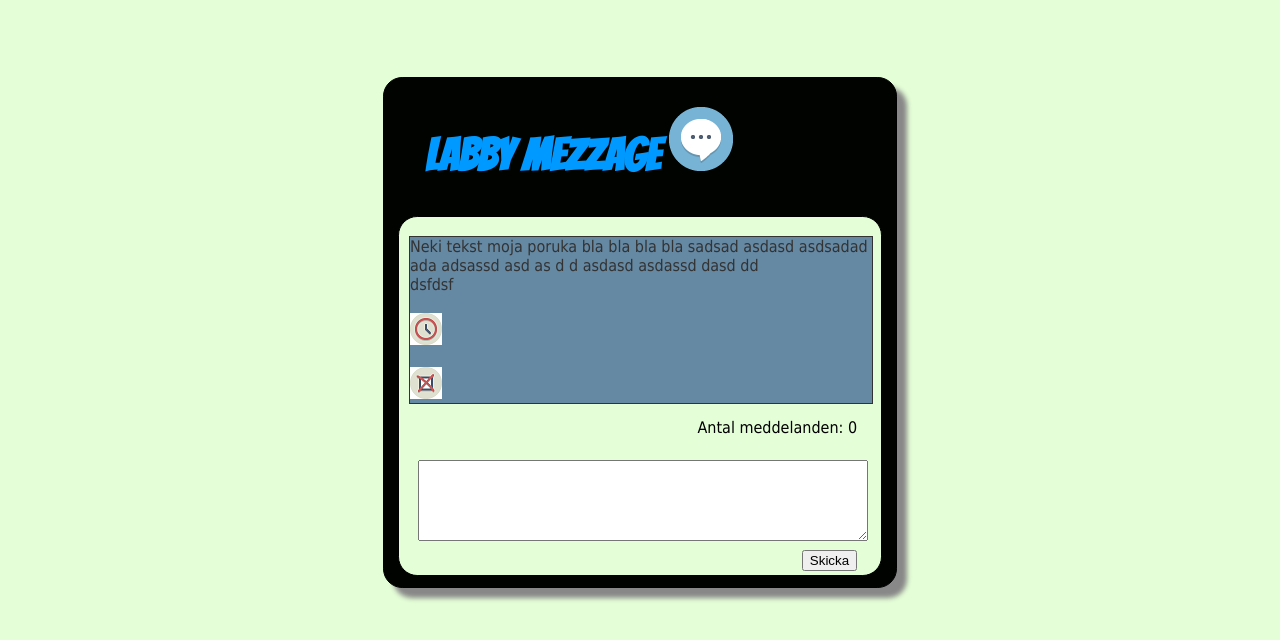
Repository: jb223cp/1dv403-laborationer
Page: 2-labbymezzage/index.html
The author's editor kept a record of every edit. The page is drawn from the files as they stood at one moment, then again after the next edit.
The browser window is 1280 px wide. The pictures show the whole page.

Above is the page before.
Console error: ReferenceError: Message is not defined

After the next edit:
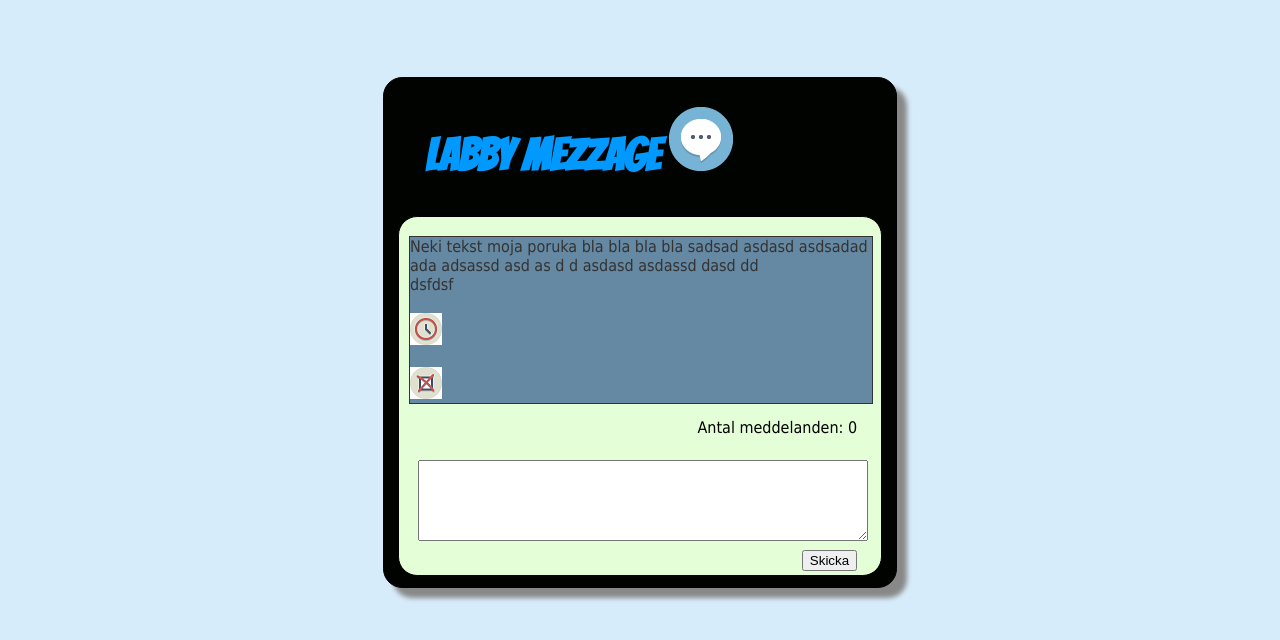
The edit:
--- a/2-labbymezzage/main.css
+++ b/2-labbymezzage/main.css
@@ -25,7 +25,7 @@
 }
 
 body{
-    background-color:#E4FED7;
+    background-color:#D7ECFB;
 }
 
 h1{
